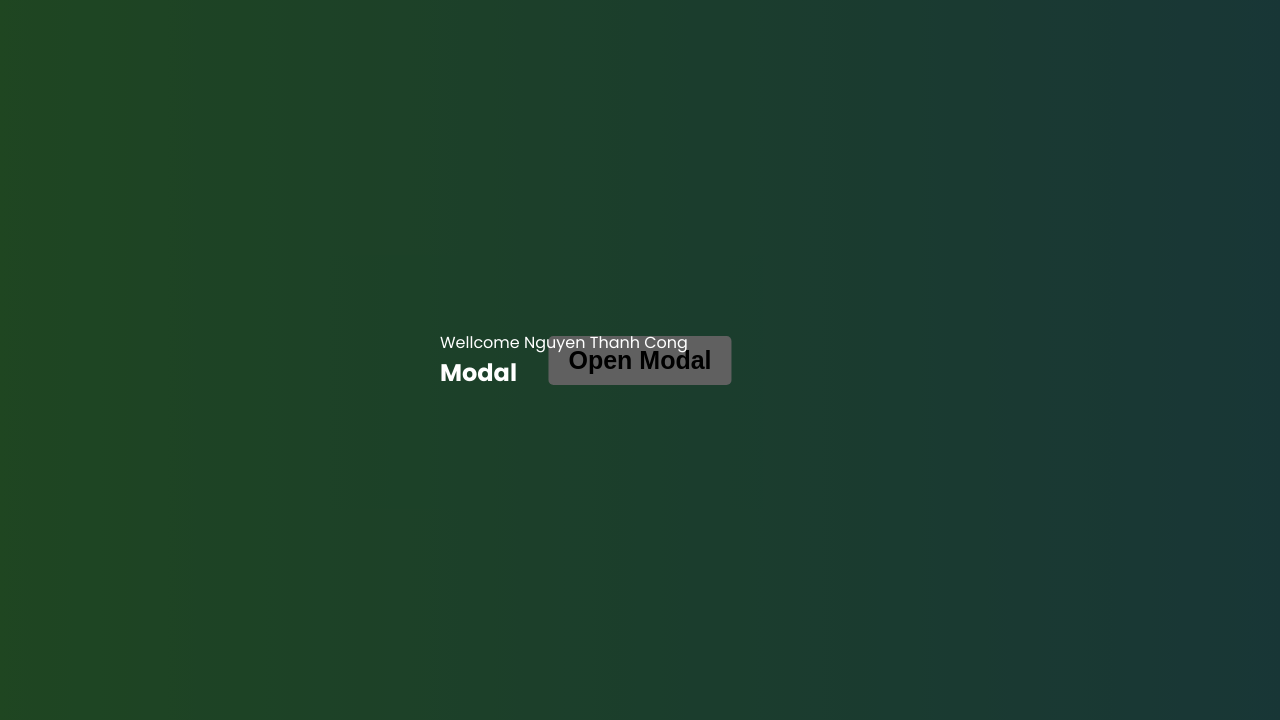
Repository: congnt98/Lean-javascript-in-project
Page: 30Days/3_Modal/index.html
An editor plug-in stored every save of this project. The page is shown before and after the next save, followed by the edit.
The browser window is 1280 px wide. The pictures show the whole page.

Above is the page before, as saved 2024-02-18 20:17:14.

### 30Days/3_Modal/index.html
<!DOCTYPE html>
<html lang="en">

<head>
    <meta charset="UTF-8">
    <meta name="viewport" content="width=device-width, initial-scale=1.0">
    <title>Product Card</title>
    <link rel="stylesheet" href="./style.css">
    <link href='https://unpkg.com/boxicons@2.1.4/css/boxicons.min.css' rel='stylesheet'>
    <link
        href="https://fonts.googleapis.com/css2?family=Poppins:ital,wght@0,100;0,200;0,300;0,400;0,500;0,600;0,700;0,800;0,900;1,100;1,200;1,300;1,400;1,500;1,600;1,700;1,800;1,900&display=swap"
        rel="stylesheet">
    <link rel="stylesheet" href="https://cdnjs.cloudflare.com/ajax/libs/font-awesome/6.5.1/css/all.min.css">
</head>

<body>
    <div class="warapper">
        <button class="btn-modal-open">
            Open Modal
        </button>
        <div class="modal">
            <div class="modal__inner">
                <div class="modal__header">Wellcome Nguyen Thanh Cong</div>
                <div class="modal__body">
                    <h2 class="title">Modal</h2>
                    <span></span>
                </div>
                <div class="modal__footer"></div>
            </div>
        </div>
    </div>
    <script src="./app.js"></script>
</body>

</html>

### 30Days/3_Modal/style.css
:root {
    --primary-color: #f2726a;
}

* {
    margin: 0;
    padding: 0;
    box-sizing: border-box;
}

body {
    min-height: 100vh;
    background: linear-gradient(to right, #4daf54, #3d8888);
    display: flex;
    justify-content: center;
    align-items: center;
    font-family: "poppins";
}

.warapper {
    max-width: 1200px;
    margin: 0 auto;
    width: 100%;
}

.btn-modal-open {
    display: inline-block;
    position: relative;
    left: 50%;
    transform: translateX(-50%);
    padding: 10px 20px;
    border-radius: 5px;
    outline: none;
    border: none;
    font-size: 25px;
    font-weight: 700;
}

.modal {
    position: fixed;
    top: 0;
    right: 0;
    bottom: 0;
    left: 0;
    background-color: rgb(0, 0, 0, 0.6);
}

.modal__inner {
    width: 400px;
    position: relative;
    overflow: hidden;
    top: 50%;
    left: 50%;
    transform: translate(-50%, -50%);
    color: #fff;
    z-index: 1111;
}

.modal__header {}

.modal__body {}

.modal__footer {}

Loaded but not shown: 30Days/3_Modal/app.js (no copy from this time; the picture is the same without it)

After the next save:
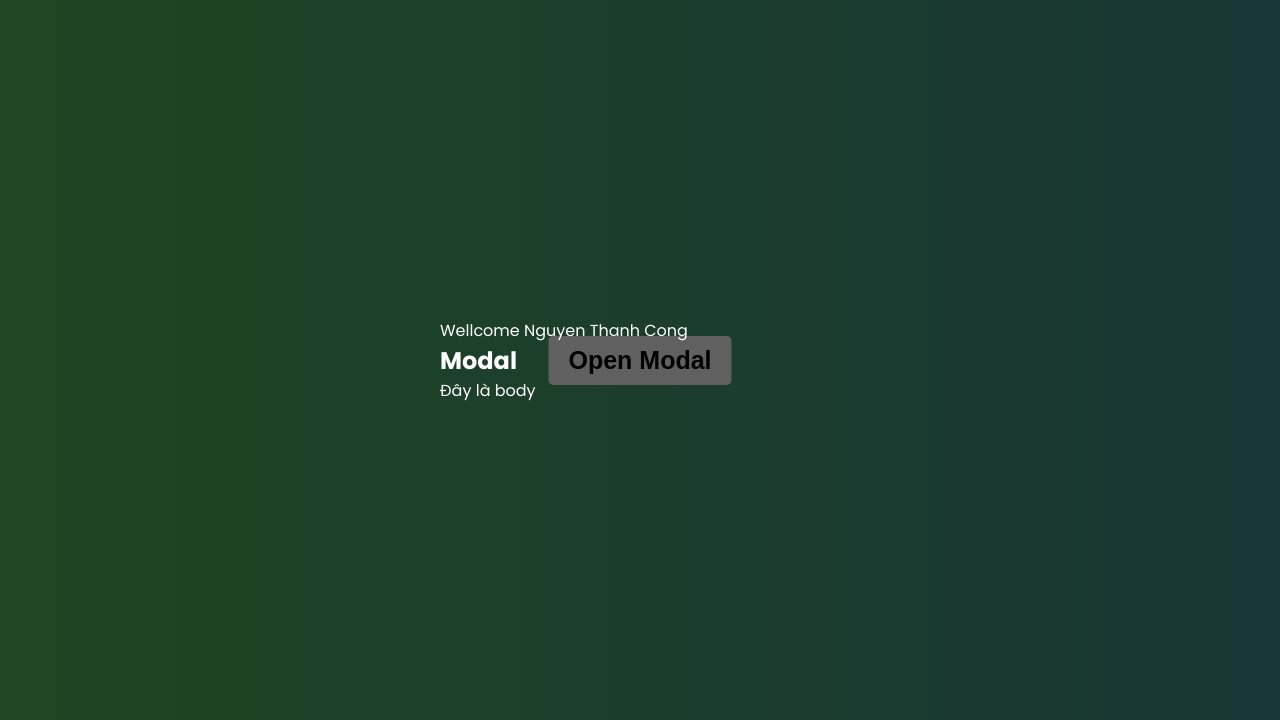
Saved 7 s later.
--- a/30Days/3_Modal/index.html
+++ b/30Days/3_Modal/index.html
@@ -23,7 +23,7 @@
                 <div class="modal__header">Wellcome Nguyen Thanh Cong</div>
                 <div class="modal__body">
                     <h2 class="title">Modal</h2>
-                    <span></span>
+                    <span>Đây là body </span>
                 </div>
                 <div class="modal__footer"></div>
             </div>
